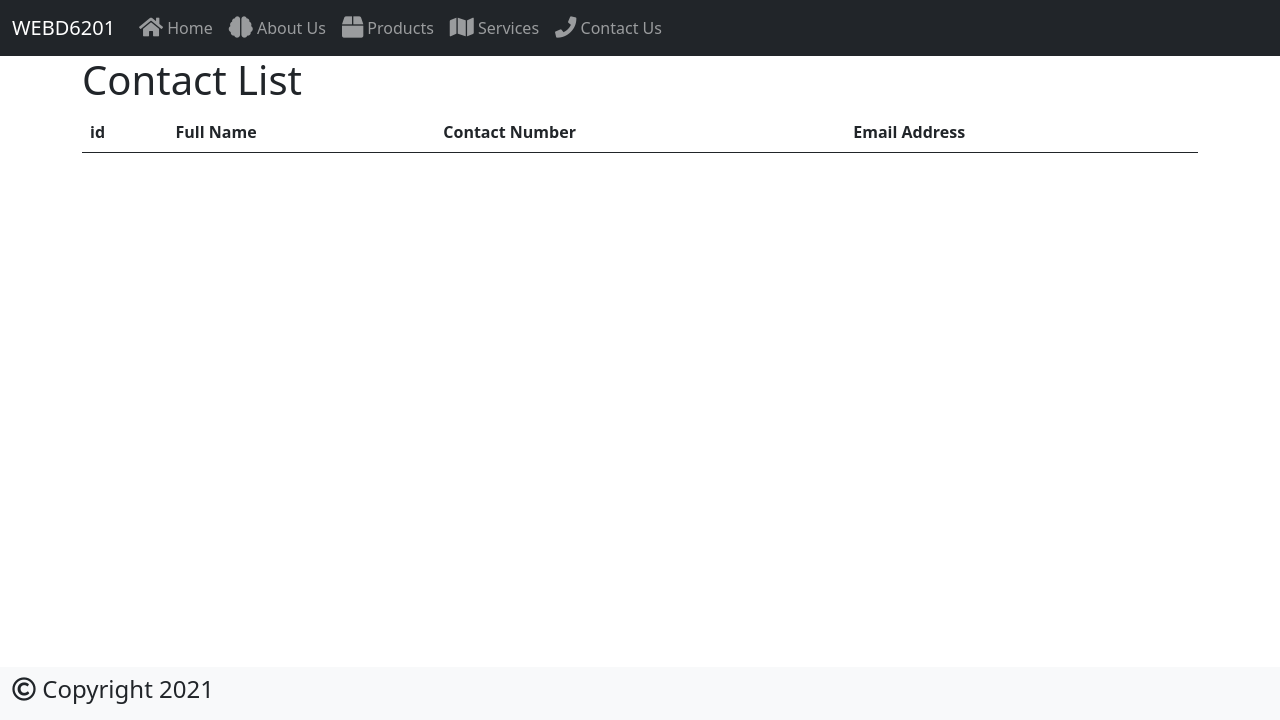
Repository: AshokSasi/WEBD6201-Week3
Page: contact-list.html
The author's editor kept a copy of each file at every save. The page is drawn from the files as they stood at one save, then again after the next save.
The browser window is 1280 px wide. The pictures show the whole page.

Above is the page before, as saved 2021-01-28 10:33:45.

After the next save:
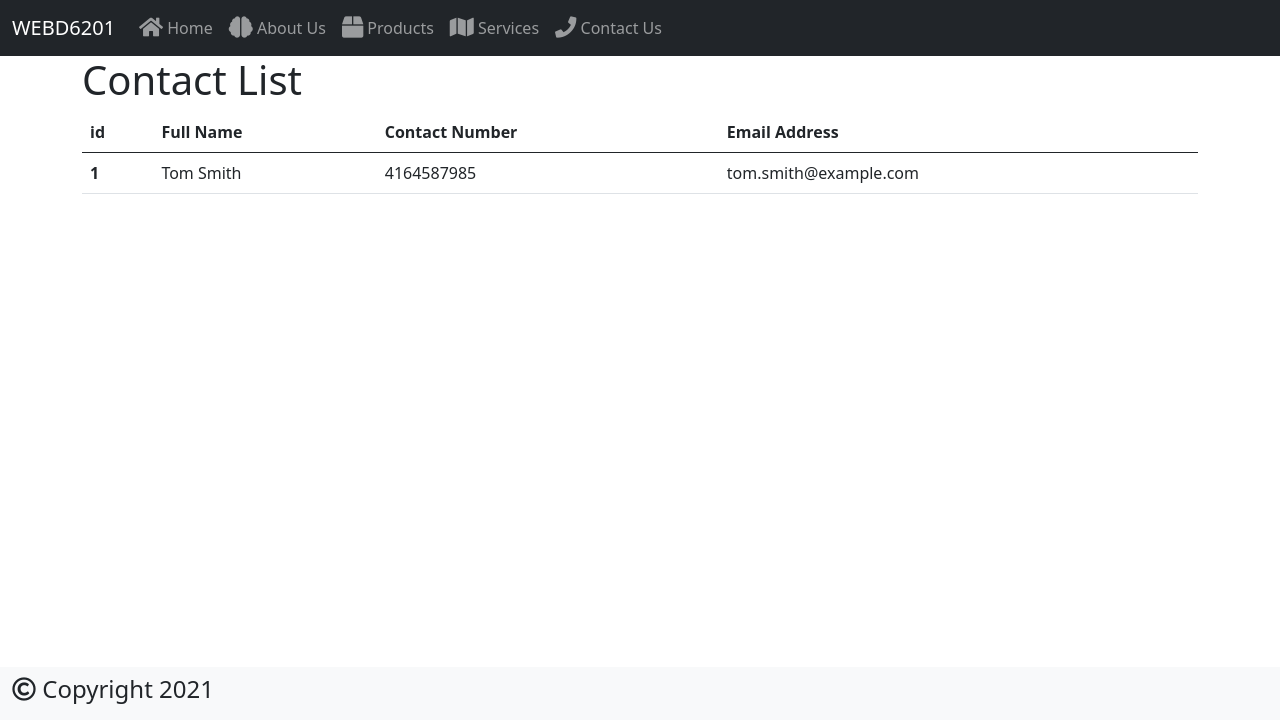
Saved 41 s later.
--- a/Scripts/app.js
+++ b/Scripts/app.js
@@ -132,6 +132,13 @@ let myContact =
     function displayContactList()
     {
       let contactList = document.getElementById("contactList");
+      contactList.innerHTML =
+      ` <tr>
+      <th scope="row">1</th>
+      <td>Tom Smith</td>
+      <td>4164587985</td>
+      <td>tom.smith@example.com</td>
+    </tr>`
     }
 
     function Start()
